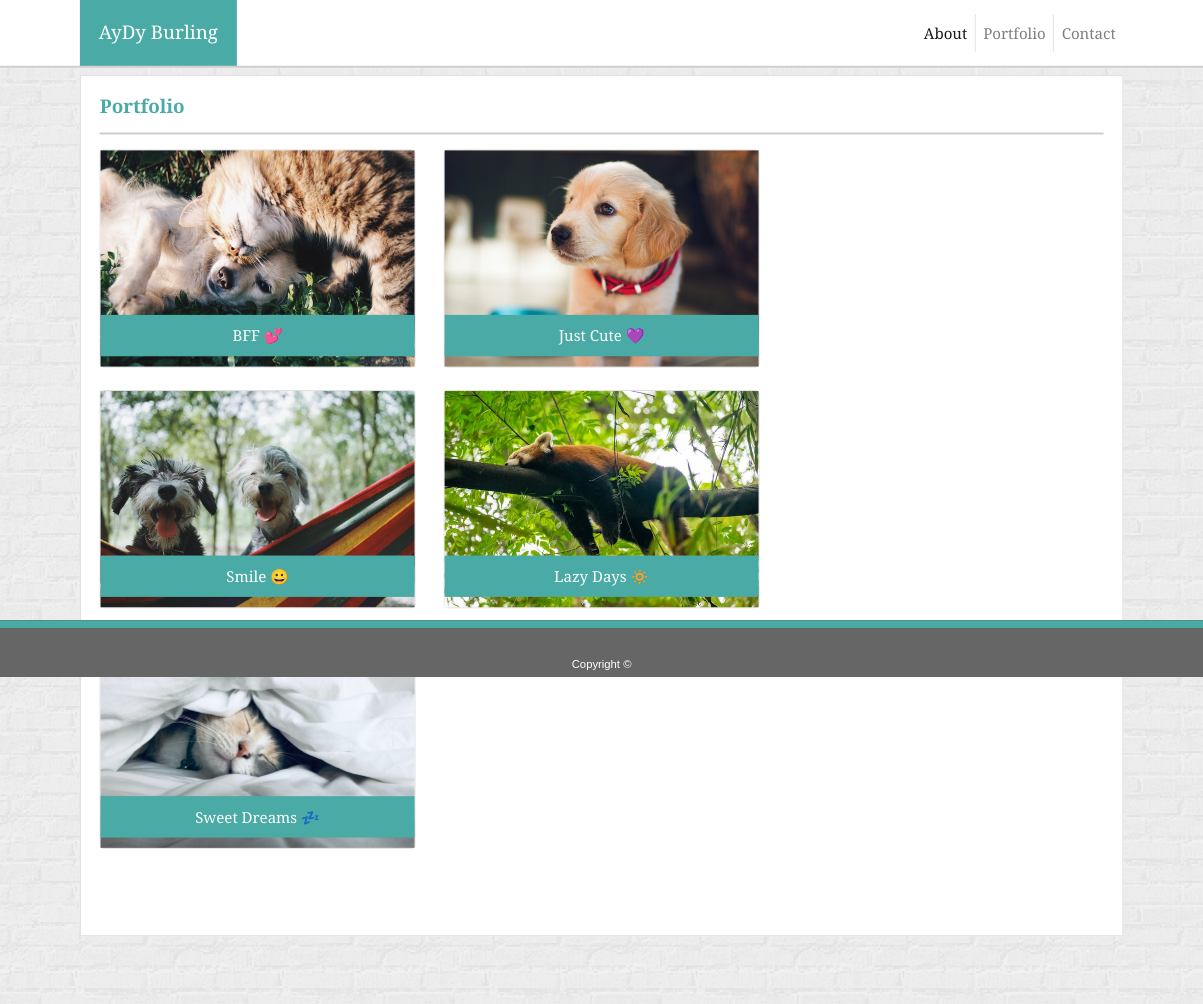
Repository: Dee1985/AyDy-Burling-prework
Page: Module-1_Assessment/portfolio.html
An editor plug-in stored every save of this project. The page is shown before and after the next save, followed by the edit.
The browser window is 1280 px wide. The pictures show the whole page, at 94% of full size.

Above is the page before, as saved 2020-05-22 22:38:31.

### Module-1_Assessment/portfolio.html
<!DOCTYPE html>
<html lang="en">
  <head>
    <meta charset="UTF-8" />
    <meta name="viewport" content="width=device-width, initial-scale=1.0" />
    <meta http-equiv="X-UA-Compatible" content="ie=edge" />
    <title>Portfolio</title>
    <link rel="stylesheet" href="assets/css/reset.css" />
    <link
      rel="stylesheet"
      href="https://stackpath.bootstrapcdn.com/bootstrap/4.3.1/css/bootstrap.min.css"
      integrity="sha384-ggOyR0iXCbMQv3Xipma34MD+dH/1fQ784/j6cY/iJTQUOhcWr7x9JvoRxT2MZw1T"
      crossorigin="anonymous"
    />
    <link rel="stylesheet" href="assets/css/style.css" />
  </head>
  <body>
    <nav class="navbar navbar-light navbar-expand-lg p-0 card-gallery ">
      <div class="container">
        <a href="# "class="navbar-brand text-white"
          >AyDy Burling</a>
          <button
              class="navbar-toggler"
              type="button"
              data-toggle="collapse"
              data-target="#navbarTogglerDemo02"
              aria-controls="navbarTogglerDemo02"
              aria-expanded="false"
              aria-label="Toggle navigation"
            >
              <span class="navbar-toggler-icon"></span>
            </button>
            <div class="collapse navbar-collapse" id="navbarTogglerDemo02">
              <ul class="navbar-nav ml-auto mt-2 mt-lg-0">
                <li class="nav-item active">
                  <a class="nav-link border-right" href="index.html">About</a>
                </li>
                <li class="nav-item">
                  <a class="nav-link border-right" href="#">Portfolio</a>
                </li>
                <li class="nav-item">
                  <a class="nav-link" href="contact.html" tabindex="-1">Contact</a>
                </li>
              </ul>
            </div>
          </nav>

    <section class="card-gallery">
      <div class="container">
        <div class="row">
          <div class="col-lg-12 mb-4 mt-2">
            <div class="card rounded-0 mb-5 pb-5">
              <div class="card-body mt-9">
              <h5 class="card-title">Portfolio</h5>
              <hr />
              <!-- start of cards -->
            <div class="row justify-content-start">
              <!-- first card -->
                     <div class="col-lg-4 mb-4">
                            <div class="card text-white">
                                <img src="assets/img/krista-mangulsone-9gz3wfHr65U-unsplash.jpg" width="100%" height="230" alt="cat and dog cuddles">
                                <div class="card-heading text-center">
                                    BFF 💕
                                </div>
                            </div>
                        </div>
               <!-- second card -->
                   <div class="col-lg-4 mb-4">
                            <div class="card text-white">
                                <img src="assets/img/berkay-gumustekin-ngqyo2AYYnE-unsplash.jpg" width="100%" height="230" alt="puppy pic">
                                <div class="card-heading text-center">
                                    Just Cute 💜
                                </div>
                            </div>
                        </div>
            </div>
               <!-- third card -->
               <div class="row">
    <div class="col-lg-4 mb-4">
                            <div class="card text-white">
                                <img src="assets/img/alvan-nee-FHl79chXS6s-unsplash.jpg" width="100%" height="230"alt="two dogs smiling">
                                <div class="card-heading text-center">
                                    Smile 😀
                                </div>
                            </div>
                        </div>
               <!-- fourth card -->
                   <div class="col-lg-4 mb-4">
                            <div class="card text-white">
                                <img src="assets/img/chris-curry-GYpsSWHslHA-unsplash.jpg" width="100%" height="230" alt="animal sleeping on branch">
                                <div class="card-heading text-center">
                                    Lazy Days 🔅
                                </div>
                            </div>
                        </div>
                        </div>
               <!-- fifth card -->
               <div class="row justify-content-start">
                   <div class="col-lg-4 mb-4">
                            <div class="card text-white">
                                <img src="assets/img/kate-stone-matheson-uy5t-CJuIK4-unsplash.jpg" width="100%" height="230" alt="cat under a blanket">
                                <div class="card-heading text-center">
                                    Sweet Dreams 💤
                                </div>
                            </div>
                        </div>
                        </div>

            </div>
              </div>
            </div>
          </div>
        </div>
      </div>
    </section>
    <footer>
      <div class="fixed text-center text-white"> Copyright &copy;</div>
    </footer>

    <script
      src="https://code.jquery.com/jquery-3.3.1.slim.min.js"
      integrity="sha384-q8i/X+965DzO0rT7abK41JStQIAqVgRVzpbzo5smXKp4YfRvH+8abtTE1Pi6jizo"
      crossorigin="anonymous"
    ></script>
    <script
      src="https://cdnjs.cloudflare.com/ajax/libs/popper.js/1.14.7/umd/popper.min.js"
      integrity="sha384-UO2eT0CpHqdSJQ6hJty5KVphtPhzWj9WO1clHTMGa3JDZwrnQq4sF86dIHNDz0W1"
      crossorigin="anonymous"
    ></script>
    <script
      src="https://stackpath.bootstrapcdn.com/bootstrap/4.3.1/js/bootstrap.min.js"
      integrity="sha384-JjSmVgyd0p3pXB1rRibZUAYoIIy6OrQ6VrjIEaFf/nJGzIxFDsf4x0xIM+B07jRM"
      crossorigin="anonymous"
    ></script>
  </body>
</html>

### Module-1_Assessment/assets/css/style.css
* {
	box-sizing: border-box;
	margin: 0;
	padding: 0;
}

section {
	/* https://www.toptal.com/designers/subtlepatterns/?s=brick */
	background-image: url('../img/brickwall_@2X.png');
	background-position: center;
}

nav {
	font-family: Cambria, Cochin, Georgia, Times, 'Times New Roman', serif;
}

.btn {
	background-color: #4aaaa5;
	border-color: #4aaaa5;
}
.navbar {
	border-bottom: 2px solid #cccccc;
}
a.navbar-brand {
	background-color: #4aaaa5;
	padding: 20px;
	margin: 0;
}
hr {
	border-top: 2px solid;
	border-color: #cccccc;
}

.card {
	font-family: Arial, Helvetica, sans-serif;
	border-color: #dddddd;
	height: auto;
}
.card-title {
	font-size: 20px;
	color: #4aaaa5;
	font-family: Cambria, Cochin, Georgia, Times, 'Times New Roman', serif;
	font-weight: bold;
}
.card-heading {
	background-color: #4aaaa5;
	font-size: 16px;
	font-family: Cambria, Cochin, Georgia, Times, 'Times New Roman', serif;
	position: absolute;
	bottom: 5%;
	width: 100%;
	padding-top: 10px;
	padding-bottom: 10px;
}

footer {
	position: fixed;
	left: 0;
	bottom: 0;
	width: 100%;
	border-top: 8px solid #4aaaa5;
	background-color: #666666;
	color: #ffffff;
	font-family: Arial, 'Helvetica Neue', Helvetica, sans-serif;
	font-size: 12px;
	height: 60px;
	padding-top: 30px;
}

Loaded but not shown: Module-1_Assessment/assets/css/reset.css (common file)

After the next save:
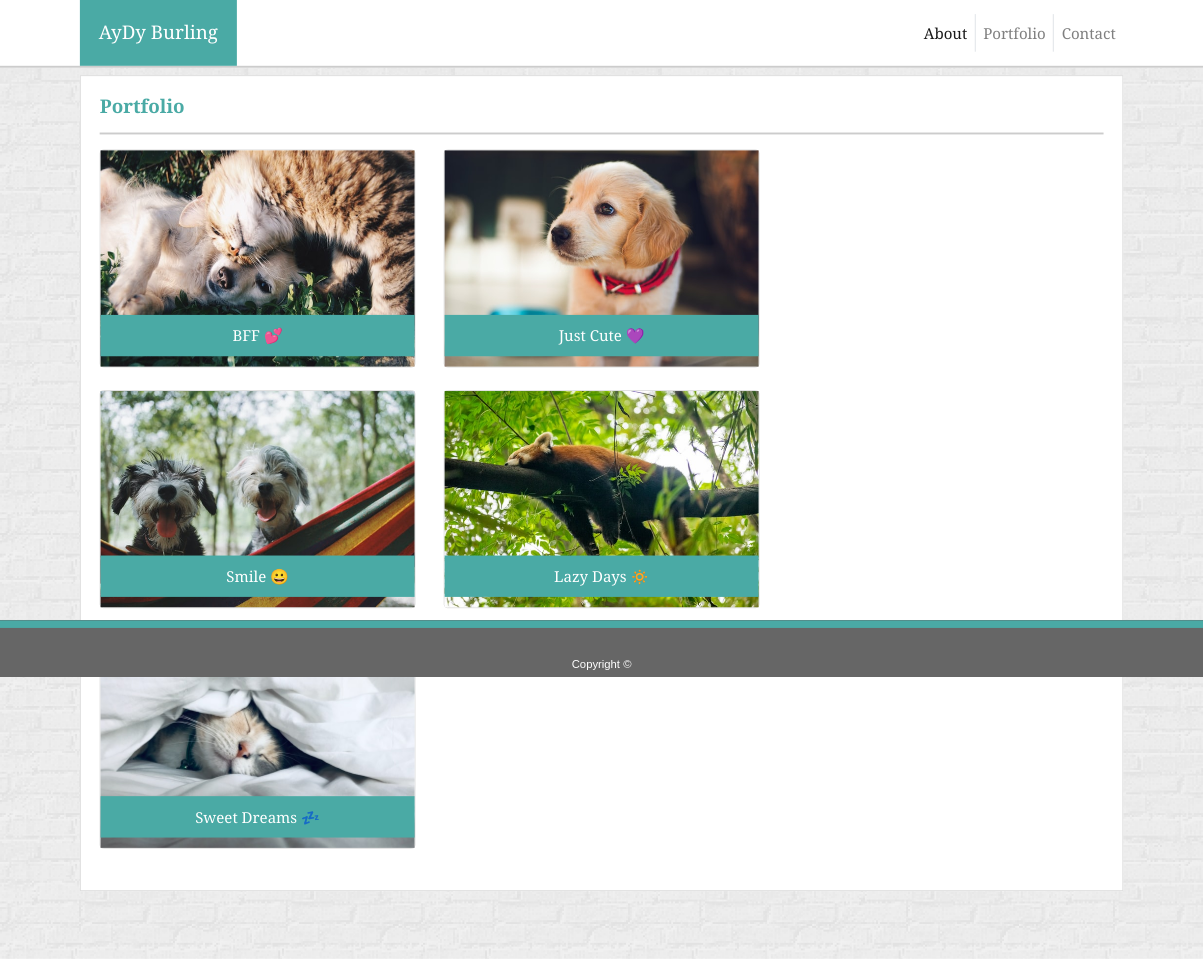
Saved 18 s later.
--- a/Module-1_Assessment/portfolio.html
+++ b/Module-1_Assessment/portfolio.html
@@ -49,7 +49,7 @@
       <div class="container">
         <div class="row">
           <div class="col-lg-12 mb-4 mt-2">
-            <div class="card rounded-0 mb-5 pb-5">
+            <div class="card rounded-0 mb-5">
               <div class="card-body mt-9">
               <h5 class="card-title">Portfolio</h5>
               <hr />
